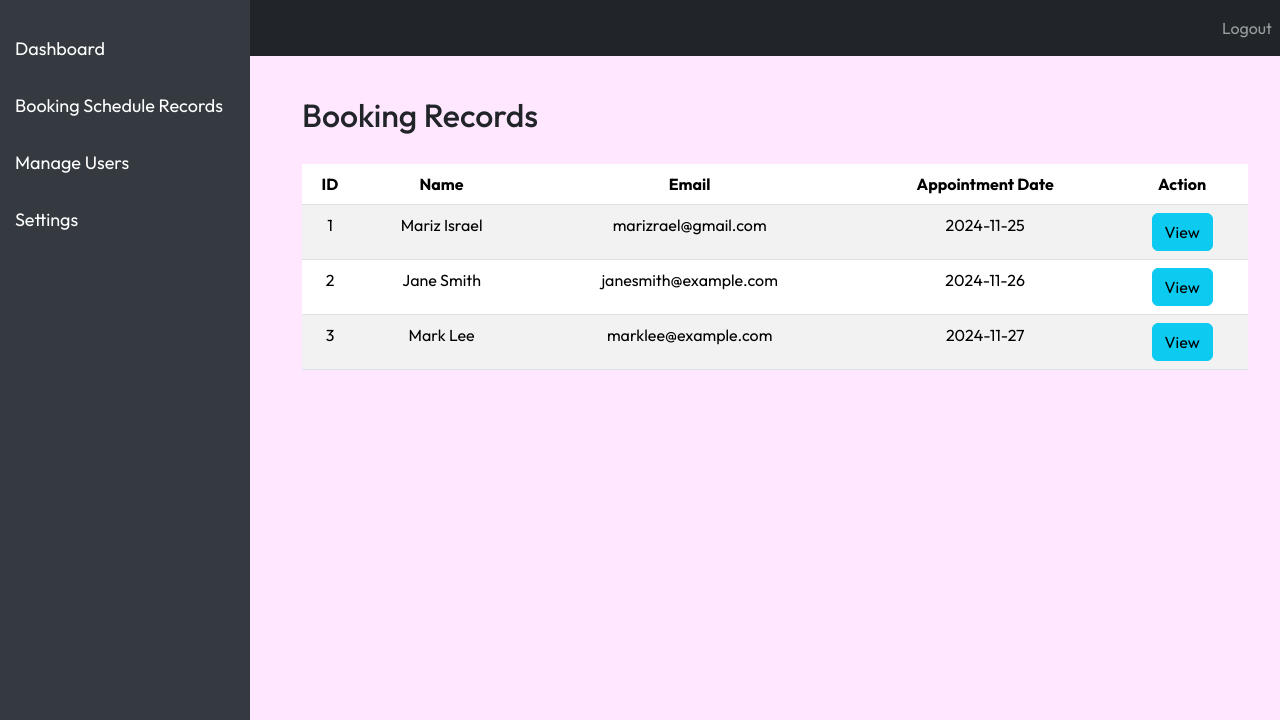
Repository: MeekSharkdev/SoleHub-School-Proj
Page: http://localhost/pages/user.php
The author's editor kept a copy of each file at every save. The page is drawn from the files as they stood at one save, then again after a run of saves.
The browser window is 1280 px wide. The pictures show the whole page.
Some web fonts or font styles are not loaded; a fallback is used. The page is run by PHP 8.4 with error messages shown; the project is at /var/www/html/.

Above is the page before, as saved 2024-11-26 19:38:04.
Not found: pages/styles.css

After the next 2 saves:
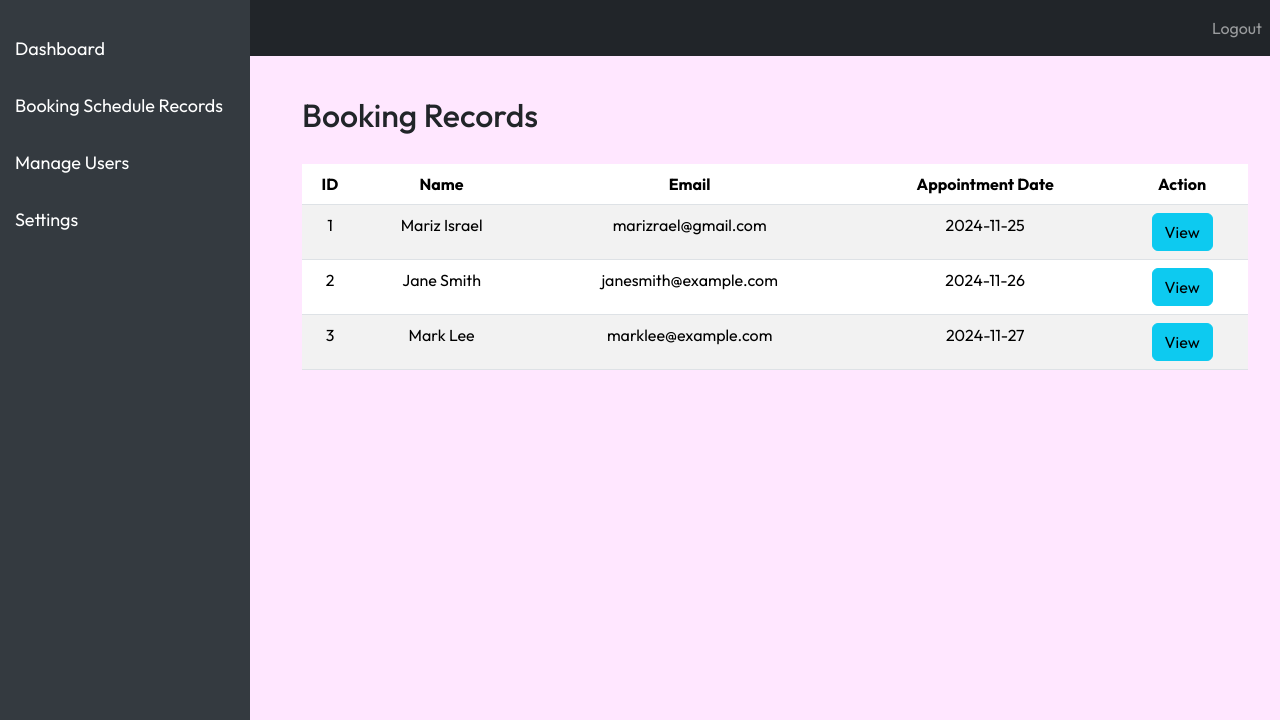
The 2 saves are shown as one change because they came seconds apart.
The last was saved 9 s later.
--- a/pages/user.php
+++ b/pages/user.php
@@ -17,7 +17,7 @@
     }
     .navbar {
       margin-bottom: 20px;
-      margin
+      margin-right: 10px;
     }
     .sidebar {
       height: 100%;

After the save that followed:
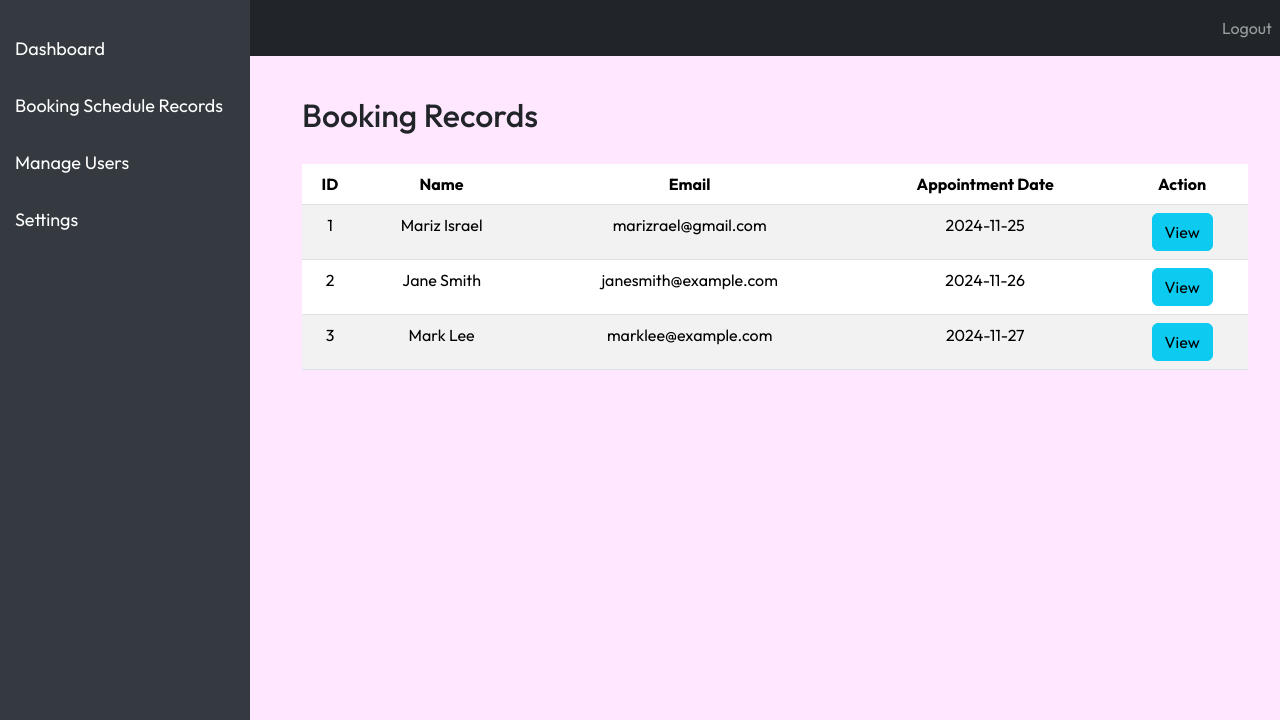
Saved 11 s later.
--- a/pages/user.php
+++ b/pages/user.php
@@ -17,7 +17,6 @@
     }
     .navbar {
       margin-bottom: 20px;
-      margin-right: 10px;
     }
     .sidebar {
       height: 100%;
